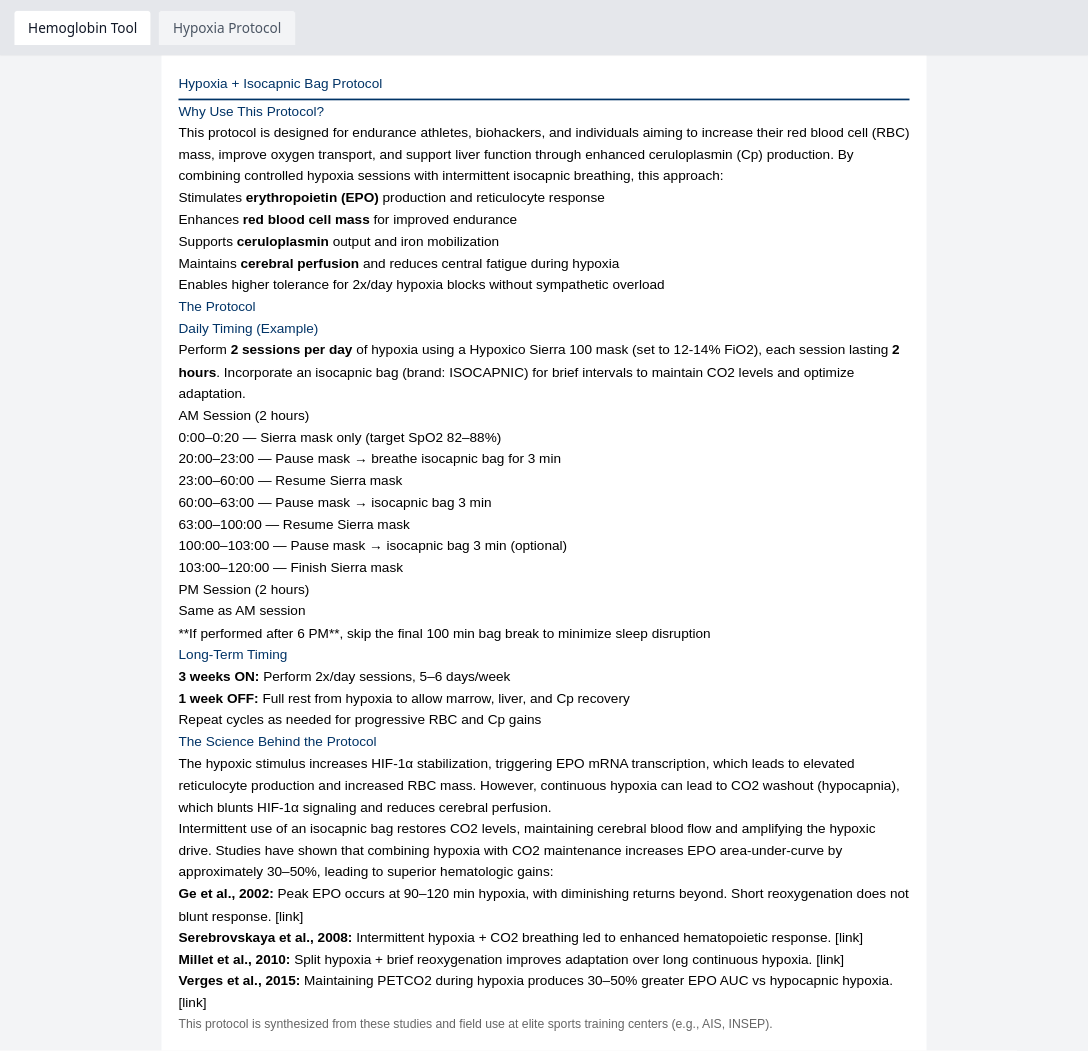
Repository: austenhughes1/hemoglobin_rbc_metrics
Page: hypoxia_protocol.html
An editor plug-in stored every save of this project. The page is shown before and after the next save, followed by the edit.
The browser window is 1280 px wide. The pictures show the whole page, at 85% of full size.
Some web libraries are served in a nearby version.

Above is the page before, as saved 2025-06-24 16:58:25.

### hypoxia_protocol.html
<!DOCTYPE html>
<html lang="en">
<head>
  <meta charset="UTF-8" />
  <meta name="viewport" content="width=device-width, initial-scale=1.0"/>
  <title>Hemocalc PRO Hypoxia + Isocapnic Bag Protocol</title>
  <script src="https://cdn.tailwindcss.com"></script>
  <style>
    /* Restore your original look on .content */
    .content {
      font-family: Arial, sans-serif;
      line-height: 1.6;
      padding: 20px;
      max-width: 900px;
      margin: auto;
      background: white;
    }
    h1, h2, h3 { color: #003366; }
    h1 { border-bottom: 2px solid #003366; padding-bottom: 5px; }
    ul { padding-left: 20px; }
    .citation { font-size: 0.9em; color: #666; }
  </style>
</head>
<body class="bg-gray-100 min-h-screen">

  <!-- Full‐width header -->
  <header class="sticky top-0 z-20 bg-gray-200 shadow-sm w-full">
    <nav class="flex justify-start space-x-2 px-4 py-3">
      <a
        href="index.html"
        class="px-4 py-2 border border-b-0 rounded-t bg-white text-gray-900 font-medium whitespace-nowrap"
      >
        Hemoglobin Tool
      </a>
      <a
        href="hypoxia_protocol.html"
        class="px-4 py-2 border border-b-0 rounded-t bg-gray-100 text-gray-600 hover:bg-gray-200 whitespace-nowrap"
      >
        Hypoxia Protocol
      </a>
    </nav>
  </header>

  <!-- Your original “body” content now in .content -->
  <div class="content">
    <h1>Hypoxia + Isocapnic Bag Protocol</h1>

    <h2>Why Use This Protocol?</h2>
    <p>
      This protocol is designed for endurance athletes, biohackers, and individuals aiming to increase their red blood cell (RBC) mass, improve oxygen transport, and support liver function through enhanced ceruloplasmin (Cp) production. By combining controlled hypoxia sessions with intermittent isocapnic breathing, this approach:
    </p>
    <ul>
      <li>Stimulates <strong>erythropoietin (EPO)</strong> production and reticulocyte response</li>
      <li>Enhances <strong>red blood cell mass</strong> for improved endurance</li>
      <li>Supports <strong>ceruloplasmin</strong> output and iron mobilization</li>
      <li>Maintains <strong>cerebral perfusion</strong> and reduces central fatigue during hypoxia</li>
      <li>Enables higher tolerance for 2x/day hypoxia blocks without sympathetic overload</li>
    </ul>

    <h2>The Protocol</h2>

    <h3>Daily Timing (Example)</h3>
    <p>
      Perform <strong>2 sessions per day</strong> of hypoxia using a Hypoxico Sierra 100 mask (set to 12-14% FiO2), each session lasting <strong>2 hours</strong>. Incorporate an isocapnic bag (brand: ISOCAPNIC) for brief intervals to maintain CO2 levels and optimize adaptation.
    </p>

    <h4>AM Session (2 hours)</h4>
    <ul>
      <li>0:00–0:20 — Sierra mask only (target SpO2 82–88%)</li>
      <li>20:00–23:00 — Pause mask → breathe isocapnic bag for 3 min</li>
      <li>23:00–60:00 — Resume Sierra mask</li>
      <li>60:00–63:00 — Pause mask → isocapnic bag 3 min</li>
      <li>63:00–100:00 — Resume Sierra mask</li>
      <li>100:00–103:00 — Pause mask → isocapnic bag 3 min (optional)</li>
      <li>103:00–120:00 — Finish Sierra mask</li>
    </ul>

    <h4>PM Session (2 hours)</h4>
    <ul>
      <li>Same as AM session</li>
      <li>**If performed after 6 PM**, skip the final 100 min bag break to minimize sleep disruption</li>
    </ul>

    <h3>Long-Term Timing</h3>
    <ul>
      <li><strong>3 weeks ON:</strong> Perform 2x/day sessions, 5–6 days/week</li>
      <li><strong>1 week OFF:</strong> Full rest from hypoxia to allow marrow, liver, and Cp recovery</li>
      <li>Repeat cycles as needed for progressive RBC and Cp gains</li>
    </ul>

    <h2>The Science Behind the Protocol</h2>
    <p>
      The hypoxic stimulus increases HIF-1α stabilization, triggering EPO mRNA transcription, which leads to elevated reticulocyte production and increased RBC mass. However, continuous hypoxia can lead to CO2 washout (hypocapnia), which blunts HIF-1α signaling and reduces cerebral perfusion.
    </p>
    <p>
      Intermittent use of an isocapnic bag restores CO2 levels, maintaining cerebral blood flow and amplifying the hypoxic drive. Studies have shown that combining hypoxia with CO2 maintenance increases EPO area-under-curve by approximately 30–50%, leading to superior hematologic gains:
    </p>
    <ul>
      <li><strong>Ge et al., 2002:</strong> Peak EPO occurs at 90–120 min hypoxia, with diminishing returns beyond. Short reoxygenation does not blunt response. [<a href="https://www.hypoxico.com/wp-content/uploads/2018/04/Determinants-of-erythropoietin-release-in-response-to-short-term-hypobaric-hypoxia.pdf" target="_blank">link</a>]</li>
      <li><strong>Serebrovskaya et al., 2008:</strong> Intermittent hypoxia + CO2 breathing led to enhanced hematopoietic response. [<a href="https://pubmed.ncbi.nlm.nih.gov/18078855/" target="_blank">link</a>]</li>
      <li><strong>Millet et al., 2010:</strong> Split hypoxia + brief reoxygenation improves adaptation over long continuous hypoxia. [<a href="https://pubmed.ncbi.nlm.nih.gov/20092365/" target="_blank">link</a>]</li>
      <li><strong>Verges et al., 2015:</strong> Maintaining PETCO2 during hypoxia produces 30–50% greater EPO AUC vs hypocapnic hypoxia. [<a href="https://pubmed.ncbi.nlm.nih.gov/26319812/" target="_blank">link</a>]</li>
    </ul>
    <p class="citation">
      This protocol is synthesized from these studies and field use at elite sports training centers (e.g., AIS, INSEP).
    </p>
  </div>
</body>
</html>

After the next save:
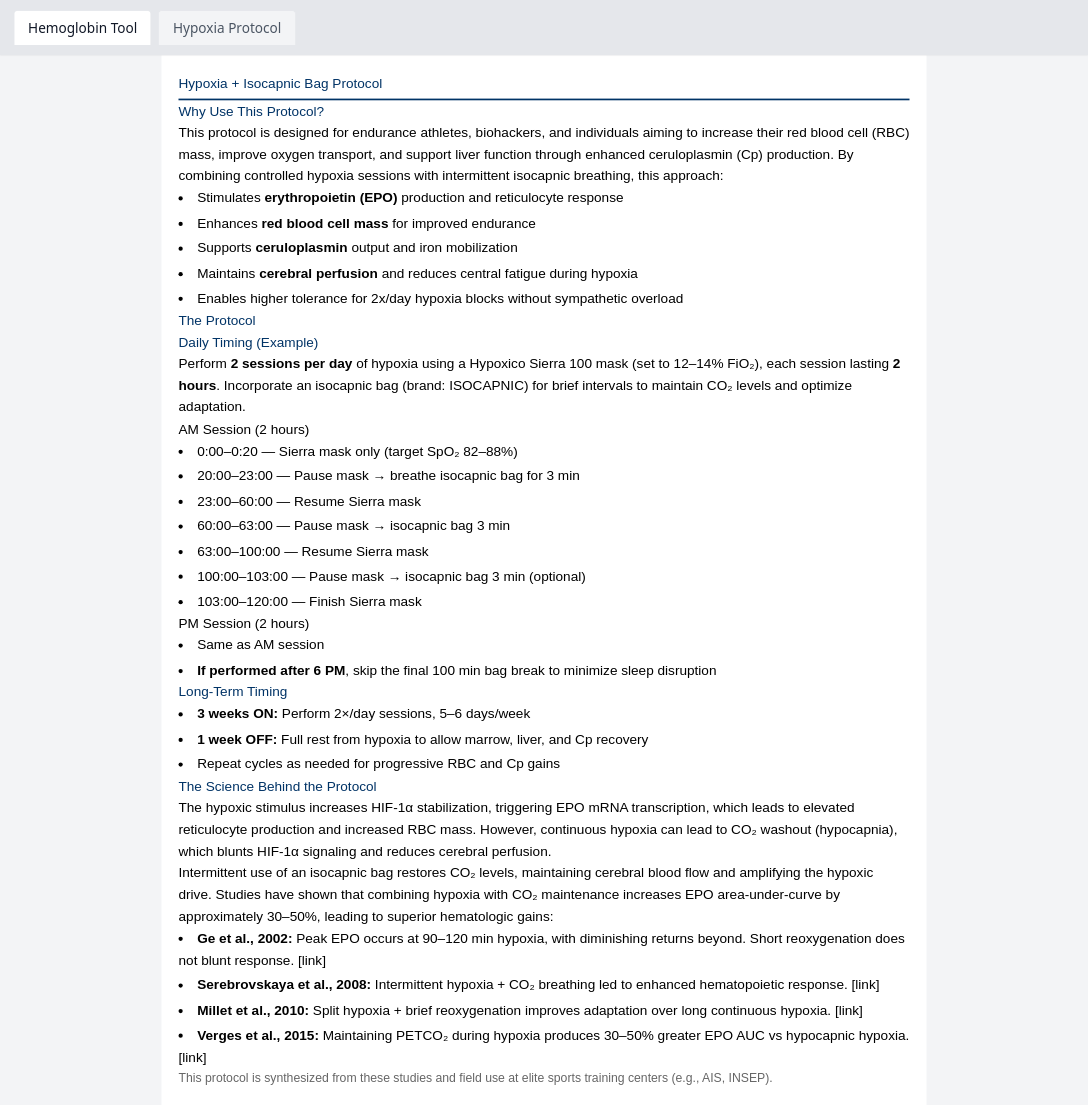
Saved 3 min 2 s later.
--- a/hypoxia_protocol.html
+++ b/hypoxia_protocol.html
@@ -6,7 +6,7 @@
   <title>Hemocalc PRO Hypoxia + Isocapnic Bag Protocol</title>
   <script src="https://cdn.tailwindcss.com"></script>
   <style>
-    /* Restore your original look on .content */
+    /* Typography & layout for the content area */
     .content {
       font-family: Arial, sans-serif;
       line-height: 1.6;
@@ -17,13 +17,12 @@
     }
     h1, h2, h3 { color: #003366; }
     h1 { border-bottom: 2px solid #003366; padding-bottom: 5px; }
-    ul { padding-left: 20px; }
     .citation { font-size: 0.9em; color: #666; }
   </style>
 </head>
 <body class="bg-gray-100 min-h-screen">
 
-  <!-- Full‐width header -->
+  <!-- Full‐width sticky header -->
   <header class="sticky top-0 z-20 bg-gray-200 shadow-sm w-full">
     <nav class="flex justify-start space-x-2 px-4 py-3">
       <a
@@ -41,7 +40,7 @@
     </nav>
   </header>
 
-  <!-- Your original “body” content now in .content -->
+  <!-- Main content container -->
   <div class="content">
     <h1>Hypoxia + Isocapnic Bag Protocol</h1>
 
@@ -49,7 +48,7 @@
     <p>
       This protocol is designed for endurance athletes, biohackers, and individuals aiming to increase their red blood cell (RBC) mass, improve oxygen transport, and support liver function through enhanced ceruloplasmin (Cp) production. By combining controlled hypoxia sessions with intermittent isocapnic breathing, this approach:
     </p>
-    <ul>
+    <ul class="list-disc list-inside space-y-1">
       <li>Stimulates <strong>erythropoietin (EPO)</strong> production and reticulocyte response</li>
       <li>Enhances <strong>red blood cell mass</strong> for improved endurance</li>
       <li>Supports <strong>ceruloplasmin</strong> output and iron mobilization</li>
@@ -61,12 +60,12 @@
 
     <h3>Daily Timing (Example)</h3>
     <p>
-      Perform <strong>2 sessions per day</strong> of hypoxia using a Hypoxico Sierra 100 mask (set to 12-14% FiO2), each session lasting <strong>2 hours</strong>. Incorporate an isocapnic bag (brand: ISOCAPNIC) for brief intervals to maintain CO2 levels and optimize adaptation.
+      Perform <strong>2 sessions per day</strong> of hypoxia using a Hypoxico Sierra 100 mask (set to 12–14% FiO₂), each session lasting <strong>2 hours</strong>. Incorporate an isocapnic bag (brand: ISOCAPNIC) for brief intervals to maintain CO₂ levels and optimize adaptation.
     </p>
 
     <h4>AM Session (2 hours)</h4>
-    <ul>
-      <li>0:00–0:20 — Sierra mask only (target SpO2 82–88%)</li>
+    <ul class="list-disc list-inside space-y-1">
+      <li>0:00–0:20 — Sierra mask only (target SpO₂ 82–88%)</li>
       <li>20:00–23:00 — Pause mask → breathe isocapnic bag for 3 min</li>
       <li>23:00–60:00 — Resume Sierra mask</li>
       <li>60:00–63:00 — Pause mask → isocapnic bag 3 min</li>
@@ -76,31 +75,32 @@
     </ul>
 
     <h4>PM Session (2 hours)</h4>
-    <ul>
+    <ul class="list-disc list-inside space-y-1">
       <li>Same as AM session</li>
-      <li>**If performed after 6 PM**, skip the final 100 min bag break to minimize sleep disruption</li>
+      <li><strong>If performed after 6 PM</strong>, skip the final 100 min bag break to minimize sleep disruption</li>
     </ul>
 
     <h3>Long-Term Timing</h3>
-    <ul>
-      <li><strong>3 weeks ON:</strong> Perform 2x/day sessions, 5–6 days/week</li>
+    <ul class="list-disc list-inside space-y-1">
+      <li><strong>3 weeks ON:</strong> Perform 2×/day sessions, 5–6 days/week</li>
       <li><strong>1 week OFF:</strong> Full rest from hypoxia to allow marrow, liver, and Cp recovery</li>
       <li>Repeat cycles as needed for progressive RBC and Cp gains</li>
     </ul>
 
     <h2>The Science Behind the Protocol</h2>
     <p>
-      The hypoxic stimulus increases HIF-1α stabilization, triggering EPO mRNA transcription, which leads to elevated reticulocyte production and increased RBC mass. However, continuous hypoxia can lead to CO2 washout (hypocapnia), which blunts HIF-1α signaling and reduces cerebral perfusion.
+      The hypoxic stimulus increases HIF-1α stabilization, triggering EPO mRNA transcription, which leads to elevated reticulocyte production and increased RBC mass. However, continuous hypoxia can lead to CO₂ washout (hypocapnia), which blunts HIF-1α signaling and reduces cerebral perfusion.
     </p>
     <p>
-      Intermittent use of an isocapnic bag restores CO2 levels, maintaining cerebral blood flow and amplifying the hypoxic drive. Studies have shown that combining hypoxia with CO2 maintenance increases EPO area-under-curve by approximately 30–50%, leading to superior hematologic gains:
+      Intermittent use of an isocapnic bag restores CO₂ levels, maintaining cerebral blood flow and amplifying the hypoxic drive. Studies have shown that combining hypoxia with CO₂ maintenance increases EPO area-under-curve by approximately 30–50%, leading to superior hematologic gains:
     </p>
-    <ul>
+    <ul class="list-disc list-inside space-y-1">
       <li><strong>Ge et al., 2002:</strong> Peak EPO occurs at 90–120 min hypoxia, with diminishing returns beyond. Short reoxygenation does not blunt response. [<a href="https://www.hypoxico.com/wp-content/uploads/2018/04/Determinants-of-erythropoietin-release-in-response-to-short-term-hypobaric-hypoxia.pdf" target="_blank">link</a>]</li>
-      <li><strong>Serebrovskaya et al., 2008:</strong> Intermittent hypoxia + CO2 breathing led to enhanced hematopoietic response. [<a href="https://pubmed.ncbi.nlm.nih.gov/18078855/" target="_blank">link</a>]</li>
+      <li><strong>Serebrovskaya et al., 2008:</strong> Intermittent hypoxia + CO₂ breathing led to enhanced hematopoietic response. [<a href="https://pubmed.ncbi.nlm.nih.gov/18078855/" target="_blank">link</a>]</li>
       <li><strong>Millet et al., 2010:</strong> Split hypoxia + brief reoxygenation improves adaptation over long continuous hypoxia. [<a href="https://pubmed.ncbi.nlm.nih.gov/20092365/" target="_blank">link</a>]</li>
-      <li><strong>Verges et al., 2015:</strong> Maintaining PETCO2 during hypoxia produces 30–50% greater EPO AUC vs hypocapnic hypoxia. [<a href="https://pubmed.ncbi.nlm.nih.gov/26319812/" target="_blank">link</a>]</li>
+      <li><strong>Verges et al., 2015:</strong> Maintaining PETCO₂ during hypoxia produces 30–50% greater EPO AUC vs hypocapnic hypoxia. [<a href="https://pubmed.ncbi.nlm.nih.gov/26319812/" target="_blank">link</a>]</li>
     </ul>
+
     <p class="citation">
       This protocol is synthesized from these studies and field use at elite sports training centers (e.g., AIS, INSEP).
     </p>
